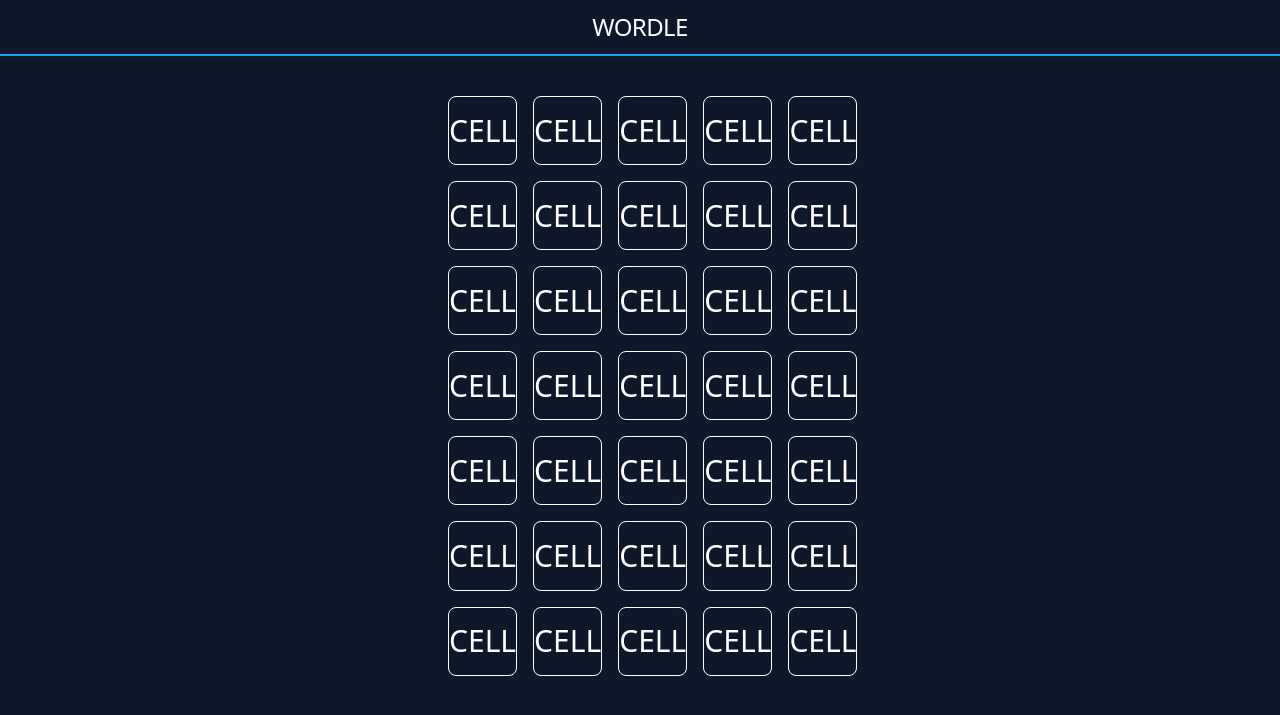
Repository: hjubsoni/basic-wordle-game
Page: / (app in client/)
An editor plug-in stored every save of this project. The page is shown before and after the next save, followed by the edit.
The browser window is 1280 px wide. The pictures show the whole page.
The project was rebuilt for these pictures with package versions that can differ from the ones it lists, and the page was loaded fresh each time. Also part of the build but not shown: client/vite.config.ts.

Above is the page before, as saved 2023-01-27 13:00:11.

After the next save:
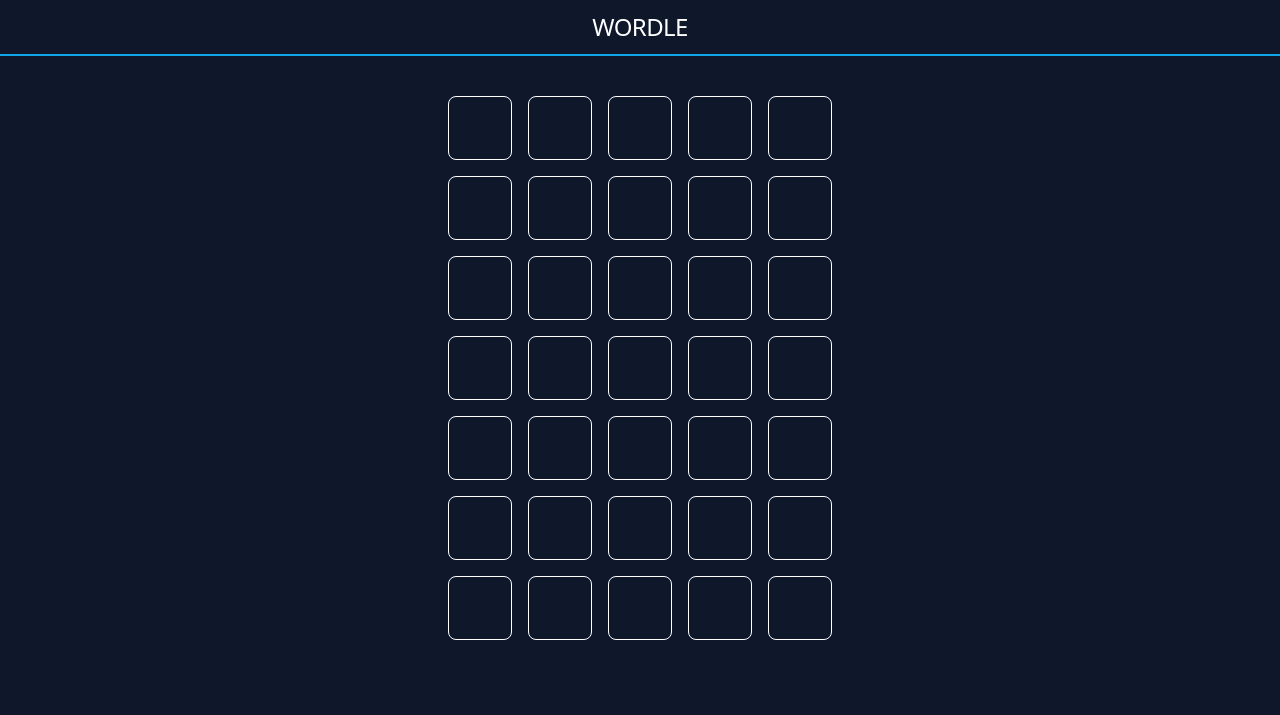
Saved 12 s later.
--- a/client/src/components/Cell/Cell.tsx
+++ b/client/src/components/Cell/Cell.tsx
@@ -3,7 +3,7 @@
 function Cell({ singleWord }: { singleWord: string }) {
   return (
     <div className="border border-white flex-1 aspect-square rounded-lg text-white text-3xl uppercase flex items-center justify-center">
-      Cell
+      {singleWord}
     </div>
   );
 }
